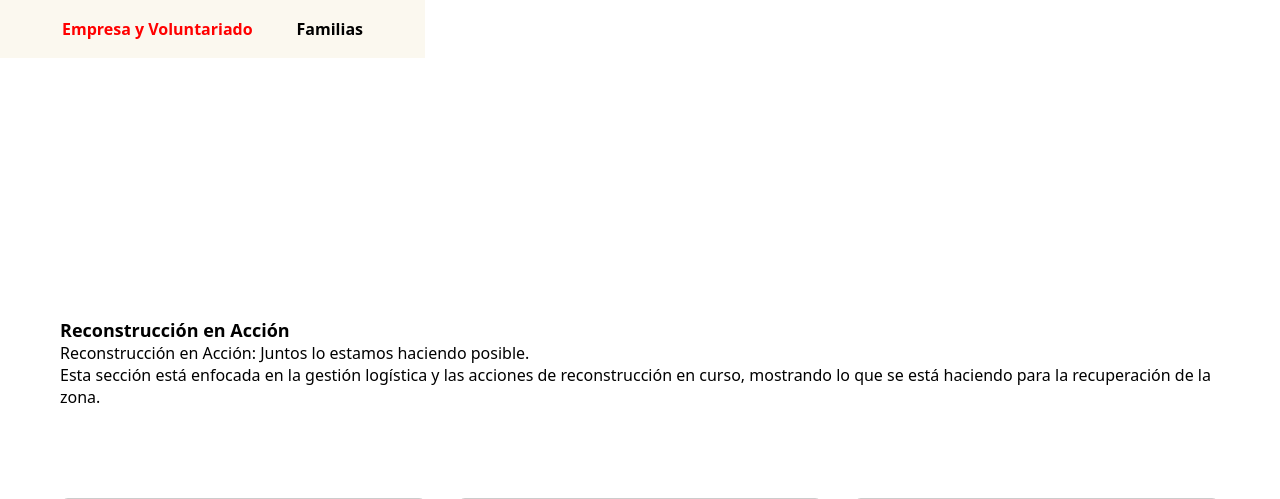
Repository: Synergy-club/reconstruction
Page: /
An editor plug-in stored every save of this project. The page is shown before and after a run of saves, followed by the edit.
The browser window is 1280 px wide. The pictures show the part of the page from y = 0 to 499 px (the page is 1676 px tall).
Pictures or frames that could not be fetched are drawn as grey boxes. The project was rebuilt for these pictures with package versions that can differ from the ones it lists, and the page was loaded fresh each time. Also part of the build but not shown: vite.config.js, src/views/Families/utils/families.js, src/views/Families/Families.jsx.

Above is the page before, as saved 2024-12-10 03:45:01.

### index.html
<!DOCTYPE html>
<html lang="en">
  <head>
    <meta charset="UTF-8" />
    <link rel="icon" type="image/svg+xml" href="/vite.svg" />
    <meta
      name="viewport"
      content="width=device-width, initial-scale=1.0 user-scalable=no"
    />
    <meta
      name="description"
      content="Agrupación de profesionales de primer nivel de los sectores de la logística, arquitectura y construcción unidos para gestionar y coordinar los esfuerzos de reconstrucción tras las inundaciones. Garantizando la trazabilidad y transparencia de las donaciones.
      La emisión de certificados inmediatos de donaciones así como los reconocimientos al voluntariado se harán bajo el paraguas de Fundación Synergy Club internacional, una plataforma abierta que suma acciones de asociaciones y fundaciones. Siempre y todas ellas sin ninguna vinculación política y sin ánimo de lucro.
      Esta iniciativa está abierta a todos los profesionales, voluntarios y héroes vecinales que necesitan o pueden aportar recursos eficientes y de calidad para la reconstrucción.
      Nos apoyamos y promovemos las agrupaciones improvisadas de vecinos de las zonas afectadas por la catástrofe que han reaccionado y son un referente de ayuda inmediata y conocimiento real de las situaciones de sus vecinos."
    />
    <meta name="author" content="Synergy Clubs International" />
    <title>Reconstrucción Valencia</title>
  </head>
  <body>
    <div id="root"></div>
    <script type="module" src="/src/main.jsx"></script>
  </body>
</html>

### src/main.jsx
import { StrictMode } from 'react'
import { createRoot } from 'react-dom/client'
import { BrowserRouter } from 'react-router-dom'
import './assets/global-style/style.css'
import App from './App.jsx'
import { ReducerProvider } from './contexts/ReducerContext.jsx'
import { ReferenceProvider } from './contexts/ReferenceContext.jsx'

createRoot(document.getElementById('root')).render(
  <StrictMode>
    <BrowserRouter>
      <ReducerProvider>
        <ReferenceProvider>
          <App />
        </ReferenceProvider>
      </ReducerProvider>
    </BrowserRouter>
  </StrictMode>
)

### src/assets/global-style/style.css
:root {
  /* BACKGROUND COLOR */
  --sci-bg-dark: #222222;
  --sci-bg-white: #ffffff;
  --sci-primary-blue: #78b3ce;
  --sci-light-blue: #c9e6f0;
  --sci-light-cream: #fbf8ef;
  --sci-accent-orange: #f96e2a;

  /*FONT*/
  --sci-font-main: sans-serif;

  /*COLOR TEXT*/
  --sci-text-dark: #222222;
  --sci-text-white: #ffffff;
  --sci-text-orange: #f96e2a;

  /*SPACING AND ROUNDED*/
  --sci-spacing-xs: 8px;
  --sci-spacing-s: 12px;
  --sci-spacing-m: 16px;
  --sci-spacing-l: 24px;
  --sci-spacing-xl: 48px;

  /*FONT SIZE*/
  --sci-font-size-xs: 12px;
  --sci-font-size-s: 16px;
  --sci-font-size-m: 18px;
  --sci-font-size-l: 22px;
  --sci-font-size-xl: 28px;
}
* {
  margin: 0;
  padding: 0;
  box-sizing: border-box;
  font-family: system-ui, -apple-system, BlinkMacSystemFont, 'Segoe UI', Roboto,
    Oxygen, Ubuntu, Cantarell, 'Open Sans', 'Helvetica Neue', sans-serif;
}

html {
  scroll-behavior: smooth;
}
h1,
h2,
h3,
h4,
h5 {
  font-size: var(--sci-font-size-m);
}
p,
button,
li {
  font-size: var(--sci-font-size-s);
}

ul {
  list-style-type: disc;
  padding-left: 20px;
}
a {
  text-decoration: none;
}
.button {
  cursor: pointer;
  background: none;
  padding: var(--sci-spacing-xs) var(--sci-spacing-s);
  border: none;
  color:var(--sci-text-dark);
  transition: all 0.2s ease-in;
  display: flex;
  justify-content: center;
  align-items: center;
  gap: 8px;
  font-weight: 600;
  border-radius: 4px;
}

.button:hover {
  color:var(--sci-text-orange);

}

@keyframes fadeInUp {
  0% {
    opacity: 0;
    transform: translateY(20px);
  }
  100% {
    opacity: 1;
    transform: translateY(0);
  }
}

.fadeIn {
  opacity: 1;
  animation: fadeInUp 0.5s ease-in;
}

@keyframes show {
  from {
    opacity: 0;
    scale: 50%;
  }
  to {
    opacity: 1;
    scale: 100%;
  }
}


@media (max-width: 400px) {

  li,
  button,
  a {
    font-size: var(--sci-font-size-s);
  }
  p {
    font-size: 14px;
  }
}

### src/App.jsx
import { Route, Routes } from 'react-router-dom'
import Layout from './layout/Layout'
import Workforce  from './views/Workforce/Workforce '
import Families from './views/Families/Families'
import NotFound from './views/404/NotFound'

const App = () => {
  return (
    <Routes>
      <Route path='/' element={<Layout />}>
        <Route index element={<Workforce  />} />
        <Route path='familias' element={<Families />} />
        {/*ERROR LINK*/}
        <Route path='*' element={<NotFound />} />
        <Route />
      </Route>
    </Routes>
  )
}

export default App

### src/contexts/ReducerContext.jsx
import { createContext } from 'react'

export const ReducerContext = createContext()
export const ReducerProvider = ({children}) => {
  return (
    <ReducerContext.Provider value={{}}>{ children }</ReducerContext.Provider>
  )
}

### src/contexts/ReferenceContext.jsx
import { createContext } from 'react'

export const ReferenceContext = createContext()

export const ReferenceProvider = ({ children }) => {
  return <ReferenceContext.Provider value={{}}>{children}</ReferenceContext.Provider>
}

### src/layout/Layout.jsx

import { Fragment } from 'react'
import { Outlet } from 'react-router-dom'
import Header from '../components/Header/Header'

const Layout = () => {
  return (
    <Fragment>
    <header><Header /></header>
    <div>
      <Outlet />

    </div>
    </Fragment>
  )
}

export default Layout

### src/views/Workforce/Workforce .jsx
import Container from '../../components/Container/Container'
import { workforceContent } from './utils/workforece'

const Workforce = () => {
  return (
    <section>
      <div>
        <Container arrayContent={workforceContent} />
      </div>
    </section>
  )
}

export default Workforce

### src/views/404/NotFound.jsx
import React, { useEffect } from 'react'
import { useNavigate } from 'react-router-dom'

const NotFound = () => {
  const navigate = useNavigate()
  useEffect(() => {
    const timeout = setTimeout(() => {
      navigate('../')
    }, 300)
    return () => clearTimeout(timeout)
  }, [navigate])
}

export default NotFound

### src/components/Header/Header.jsx
import './Header.css'
import Nav from '../Nav/Nav'

const Header = () => {
  return (
    <div className='header__container'>
      <div className='header__hero'></div>
      <div className='header__nav'>
        <Nav />
      </div>
    </div>
  )
}

export default Header

### src/components/Container/Container.jsx
import { Helmet, HelmetProvider } from 'react-helmet-async'
import Card from '../Card/Card'
import './Container.css'

const Container = ({ arrayContent }) => {
  const { body, donationBoxes } = arrayContent
  return (
    <>
      <HelmetProvider>
        {body?.helmet && (
          <Helmet>
            <title>{body.helmet.title}</title>
            <meta name={body.helmet.name} content={body.helmet.content} />
          </Helmet>
        )}
        <div className='container__view'>
          <div>
            <h1>{body.title}</h1>
          </div>
          <article>
            <p>{body.description}</p>
            <p>{body.description_}</p>
          </article>
        </div>
        <Card array={donationBoxes} />
      </HelmetProvider>
    </>
  )
}

export default Container

### src/views/Workforce/utils/workforece.js
export const workforceContent = {
  body: {
    title: 'Reconstrucción en Acción',
    description:
      'Reconstrucción en Acción: Juntos lo estamos haciendo posible.',
    description_:
      'Esta sección está enfocada en la gestión logística y las acciones de reconstrucción en curso, mostrando lo que se está haciendo para la recuperación de la zona.',
    helmet: {
      title:'Reconstrucción Valencia',
      name: 'description',
      content: 'Reconstrucción en Acción'
    }
  },
  donationBoxes: [
    {
      title: 'Plataforma Logística',
      description:
        'Descripción: Centro de distribución de materiales de construcción y gestión de recursos.',
      description_:
        'Acción: Asegura que los materiales lleguen de manera eficiente a las familias y a las obras de reconstrucción.',
      link: '',
      image: 'https://images.pexels.com/photos/1078884/pexels-photo-1078884.jpeg?auto=compress&cs=tinysrgb&w=1260&h=750&dpr=1',
      button_text: 'Donar Materiales',
      span: ''
    },
    {
      title: 'Coordinación de Trabajos y Oficios',
      description:
        'Descripción: Gestión de proyectos de obra, asignación de voluntarios y coordinación de los oficios profesionales (albañiles, carpinteros, electricistas, etc.).',
      description_:
        'Acción: Se coordina la ejecución de la obra y la asignación de mano de obra profesional.',
      link: '',
      image: 'https://images.pexels.com/photos/1078884/pexels-photo-1078884.jpeg?auto=compress&cs=tinysrgb&w=1260&h=750&dpr=1',
      button_text: 'Donar Mano de Obra',
      span: ''
    },
    {
      title: 'Arquitectura, Peritaciones y Proyectos:',
      description:
        'Descripción: Colaboración con el Instituto Valenciano de Edificación, arquitectos y peritos que elaboran proyectos de reconstrucción y brindan asesoramiento técnico.',
      description_:
        'Acción: Se ofrecen servicios de arquitectura, peritaciones y elaboración de proyectos.',
      link: '',
      image: 'https://images.pexels.com/photos/1078884/pexels-photo-1078884.jpeg?auto=compress&cs=tinysrgb&w=1260&h=750&dpr=1',
      button_text: 'Donar trabajos técnicos',
      span: 'Arquitectos y arquitectos técnicos, trabajadores sociales para gestión de ayudas.'
    },
    {
      title: 'Materiales de Obra y Equipamiento:',
      description:
        'Descripción: Donación de materiales de construcción y equipamiento, tanto de personas particulares como de empresas.',
      description_:
        'Acción: Se reciben donaciones de materiales para las obras de reconstrucción.',
      link: '',
      image: 'https://images.pexels.com/photos/1078884/pexels-photo-1078884.jpeg?auto=compress&cs=tinysrgb&w=1260&h=750&dpr=1',
      button_text: 'Donar Materiales',
      span: ''
    },
    {
      title: 'Voluntarios y Mano de Obra:',
      description:
        'Descripción: Donación de tiempo de voluntarios para colaborar en la reconstrucción de las viviendas.',
      description_:
        'Acción: Se solicitan voluntarios para tareas de limpieza, reparación y reconstrucción de viviendas.',
      link: '',
      image: 'https://images.pexels.com/photos/1078884/pexels-photo-1078884.jpeg?auto=compress&cs=tinysrgb&w=1260&h=750&dpr=1',
      button_text: 'Donar Voluntariado',
      span: ''
    },
    {
      title: 'Vehículos y Transporte:',
      description:
        'Descripción: aportación  de vehículos con o sin conductor para transportar materiales y/o mano de obra a las zonas afectadas y facilitar la reconstrucción.',
      description_:
        'Acción: donación de vehículos y tiempo de uso para el transporte de materiales.',
      link: '',
      image: 'https://images.pexels.com/photos/1078884/pexels-photo-1078884.jpeg?auto=compress&cs=tinysrgb&w=1260&h=750&dpr=1',
      button_text: 'Donar o compartir medios de transporte',
      span: ''
    }
  ]
}

### src/components/Header/Header.css
.header__container{
  height:40svh;
  display: flex;
  justify-content: start;
}

### src/components/Nav/Nav.jsx
import { NavLink } from 'react-router-dom'
import './Nav.css'

const Nav = () => {
  return (
    <nav className='nav__container'>
      <NavLink
        to='/'
        className={({ isActive }) =>
          `button ${
            isActive ? 'nav__content-link active' : 'nav__content-link'
          }`
        }
      >
        Empresa y Voluntariado
      </NavLink>
      <NavLink
        to='/familias'
        className={({ isActive }) =>
          `button ${isActive ? 'nav__content-link active' : 'nav__content-link'
          }`
        }
      >
        Familias
      </NavLink>
    </nav>
  )
}

export default Nav

### src/components/Card/Card.jsx
import React from 'react'
import './Card.css'

const Card = ({ array }) => {
  return (
    <div className='card__container'>
      {array &&
        Object.keys(array).length > 0 &&
        Object.values(array).map((element, index) => (
          <div key={index} className='card__item'>
            <div className='card__content-img'>
              <img src={element.image} alt={element.title} />
            </div>
            <div className='card__content'>
              <div>
                <h2>{element.title}</h2>
                <article>
                  <p>{element.description}</p>
                  <p>{element.description_}</p>
                </article>
              </div>
            </div>
            <div className='card__content'>
              <button className='button'>
                <a
                  href={element.link}
                  rel='noopener noreferrer'
                  target='_blank'
                >
                  {element.button_text}
                </a>
              </button>
              {element.span && <span>*{element.span}</span>}
            </div>
          </div>
        ))}
    </div>
  )
}

export default Card

### src/components/Container/Container.css
.container__view {
  display: flex;
  flex-direction: column;
  justify-content: center;
  padding: 30px 60px;
}

@media (max-width: 500px) {
  .container__view {
    padding: 30px;
  }
}

### src/components/Nav/Nav.css
.nav__container{
  width:100%;
  padding: 10px 50px;
  background-color: var(--sci-light-cream);
  display: flex;
  justify-content: start;
  align-items: center;
  gap:20px;
}

.nav__content-link {
  color: black;
  text-decoration: none;
}

.nav__content-link.active {
  color: red;
}

### src/components/Card/Card.css
.card__container {
  display: flex;
  flex-wrap: wrap;
  gap: 30px;
  justify-content: center;
  padding: 60px;
}

.card__item {
  background-color: #fff;
  border: 1px solid #ccc;
  border-radius: 8px;
  width: calc(33.33% - 20px);
  display: flex;
  flex-direction: column;
  overflow: hidden;
}
.card__content-img{
  width: 100%;
  height: 200px;
  overflow: hidden;
}
.card__content-img img {
  width: 100%;
  height: 200px;
  object-fit: cover;
  transition: all 0.2s ease-in;
}
.card__content-img img:hover{
  transform: scale(1.1);
}

.card__content {
  padding: 15px;
}

.card__content h2 {
  margin-bottom: 10px;
}

.card__content p {
  margin-bottom: 5px;
}

.card__content button {
  margin-top: 10px;
  background-color: var(--sci-light-blue);
  border-radius: 4px;
  width:100%;
}

.card__content button:hover{
  background-color: var(--sci-primary-blue);

}

.card__content span {
  display: block;
  margin-top: 10px;
  font-size: 0.9rem;
  color: #777;
}

@media (max-width: 780px) {
  .card__item {
    width: calc(50% - 20px);
  }
}

@media (max-width: 500px) {
  .card__item {
    width: 100%;
  }
  .card__container {
    padding: 10px;
  }
}

After the next 3 saves:
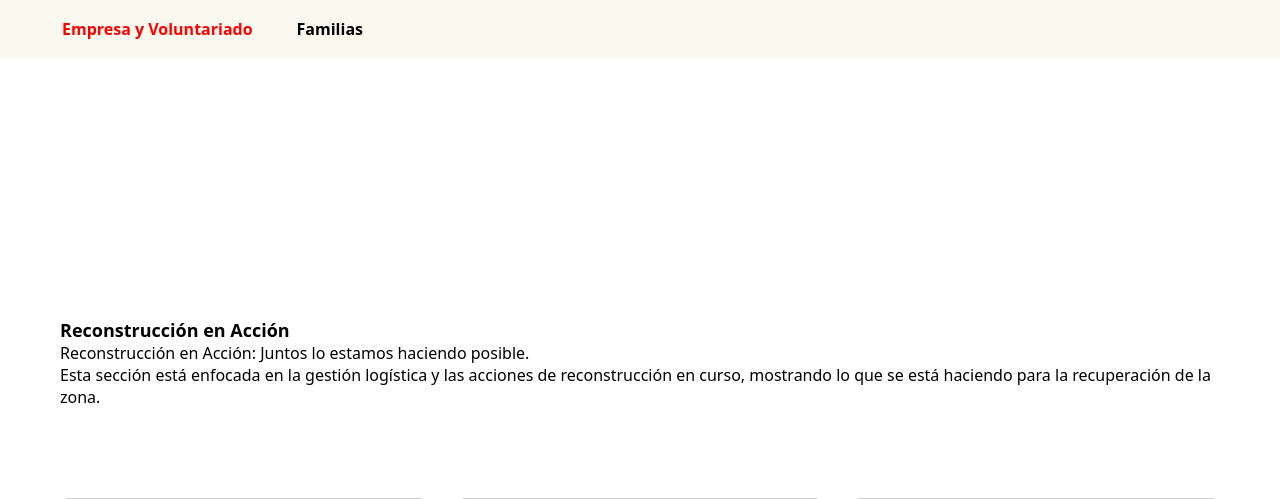
The 3 saves are shown as one change because they came seconds apart.
The last was saved 13 s later.
--- a/src/components/Header/Header.css
+++ b/src/components/Header/Header.css
@@ -1,5 +1,4 @@
 .header__container{
+  width: 100%;
   height:40svh;
-  display: flex;
-  justify-content: start;
 }
